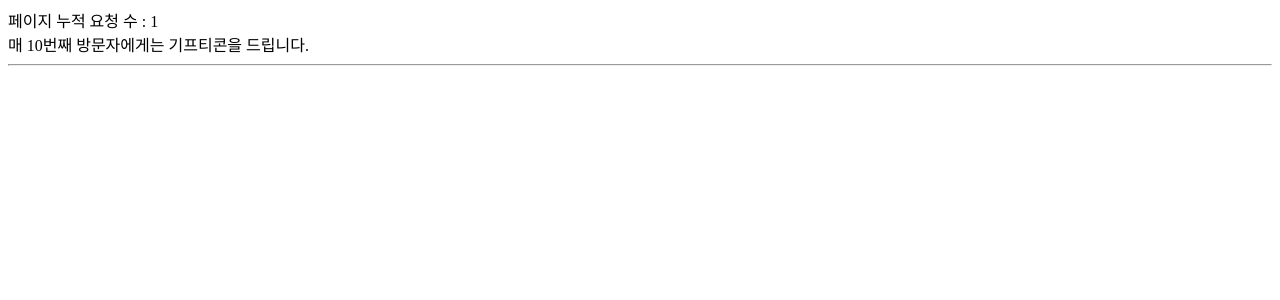
Repository: Andante8989/jsp_practice
Page: http://localhost/JSPBasic/jsptag/tag_quiz02.jsp
An editor plug-in stored every save of this project. The page is shown before and after the next save, followed by the edit.
The browser window is 1280 px wide. The pictures show the whole page.
The page is served by Tomcat 9.

Above is the page before, as saved 2022-03-23 10:09:42.

After the next save:
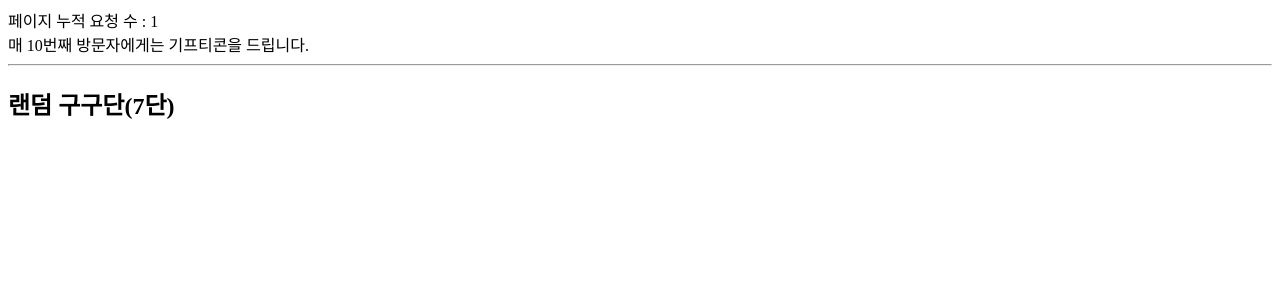
Saved 3 min 13 s later.
--- a/JSPBasic/src/main/webapp/jsptag/tag_quiz02.jsp
+++ b/JSPBasic/src/main/webapp/jsptag/tag_quiz02.jsp
@@ -21,7 +21,12 @@
     "당첨되셨습니다"
 <%}%>
 <hr/>
-
+<%!
+ int randomNum() {
+	return (int)((Math.random() * 7) + 2);
+}
+%>
+<h2>랜덤 구구단(<%= randomNum()%>단)</h2>
 
 </body>
 </html>
